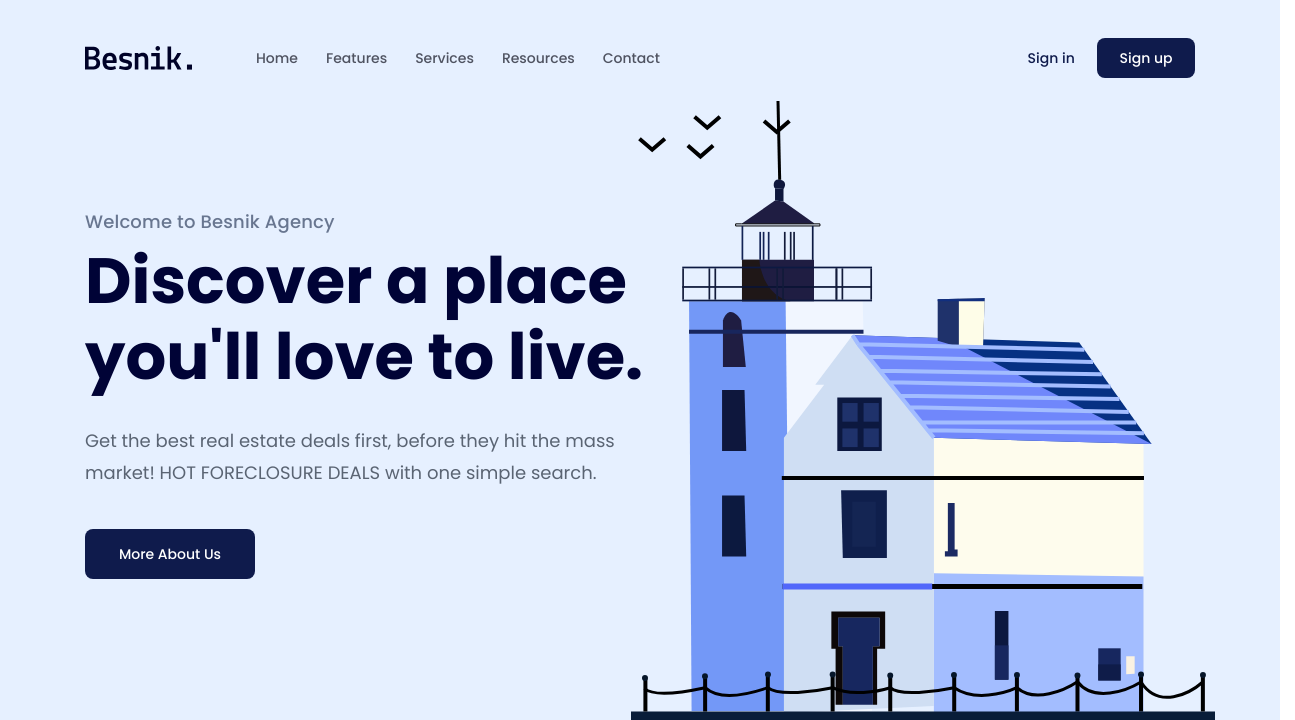
Repository: Tibi2003/f8-htmlcss-01
Page: index.html
These files come from the project's save history. The page is drawn as it stood at one moment and after the next save; the edit follows.
The browser window is 1280 px wide. The page is 1280 px wide, then 1295 px, so the pictures cover 1295 px, including what lies to the right of the window. The pictures show the whole page.

Above is the page before, as saved 2024-02-05 17:10:30.

After the next save:
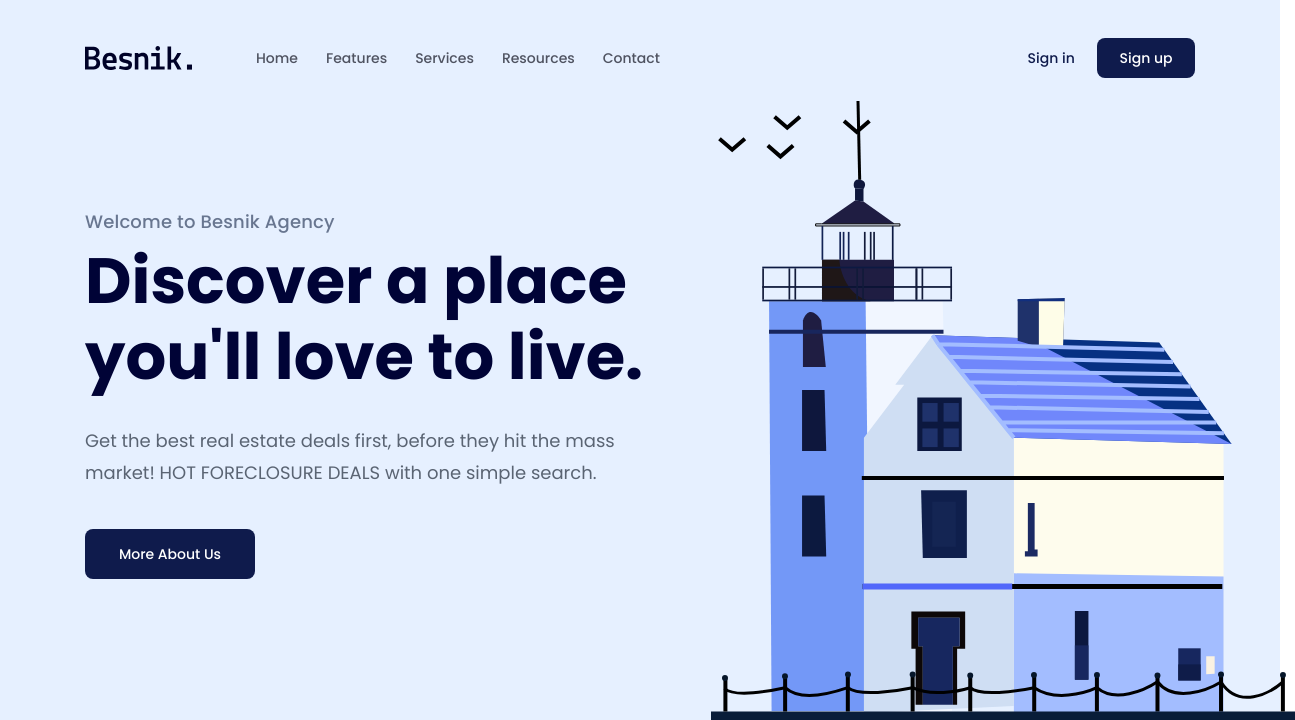
Saved 23 s later.
--- a/assets/css/styles.css
+++ b/assets/css/styles.css
@@ -126,6 +126,6 @@ a {
 
 .hero-img {
 	position: absolute;
-	right: 65px;
+	right: calc((100vw - 1110px) / 2 - 100px);
 	bottom: 0;
 }
